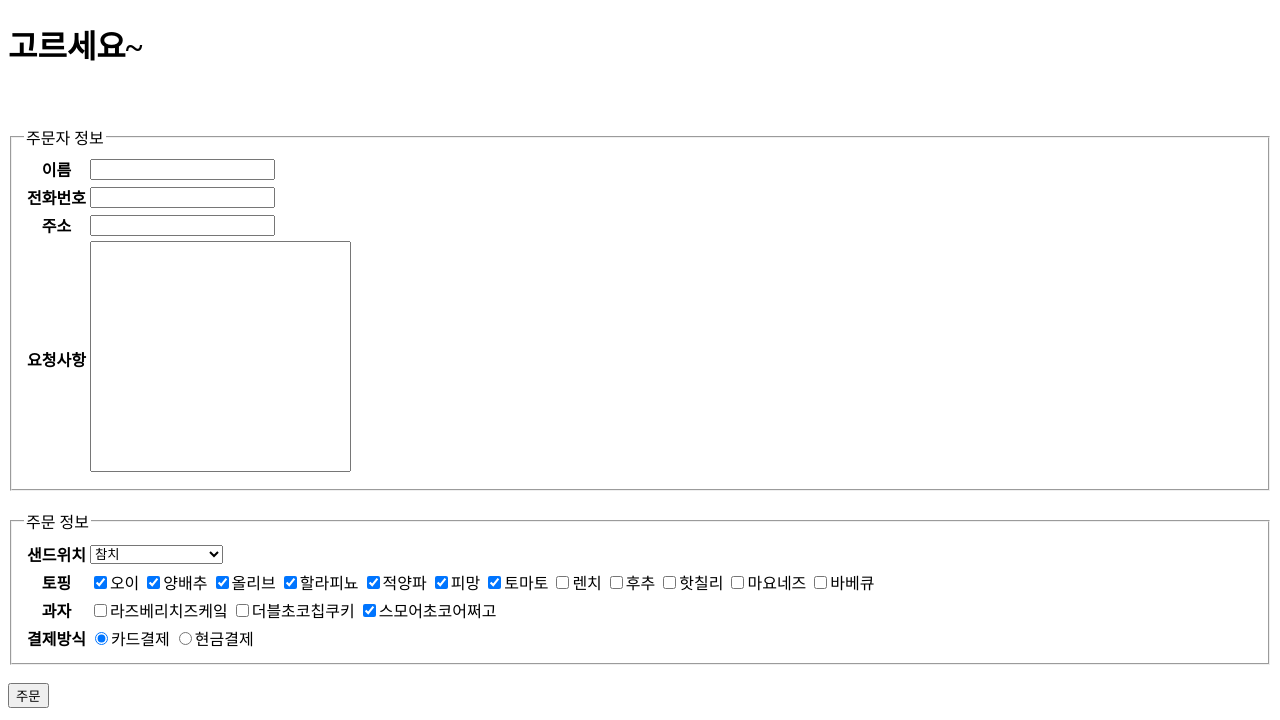
Repository: DonghwanSon1/StudyAndSubwayStore
Page: http://localhost/3_SubwayStore/
An editor plug-in stored every save of this project. The page is shown before and after the next save, followed by the edit.
The browser window is 1280 px wide. The pictures show the whole page.
The page is served by Tomcat 9.

Above is the page before, as saved 2022-06-03 08:21:49.

After the next save:
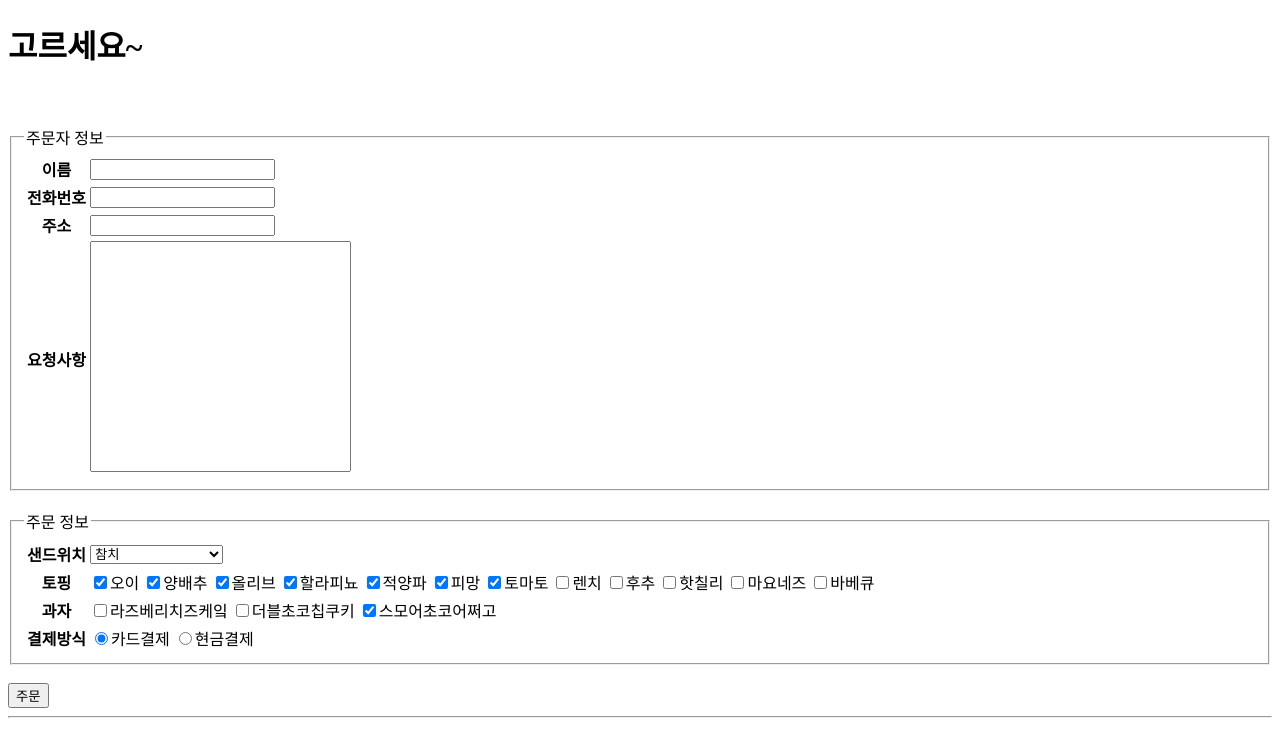
Saved 11 s later.
--- a/3_SubwayStore/WebContent/index.jsp
+++ b/3_SubwayStore/WebContent/index.jsp
@@ -99,10 +99,12 @@
 
         <br>
         <input type="submit" value="주문">
+    </form>
 
+    <hr>
+    <br>
+    <a href="/Subway/orderList.sandwich"></a>
 
-
-    </form>
 
 
 
